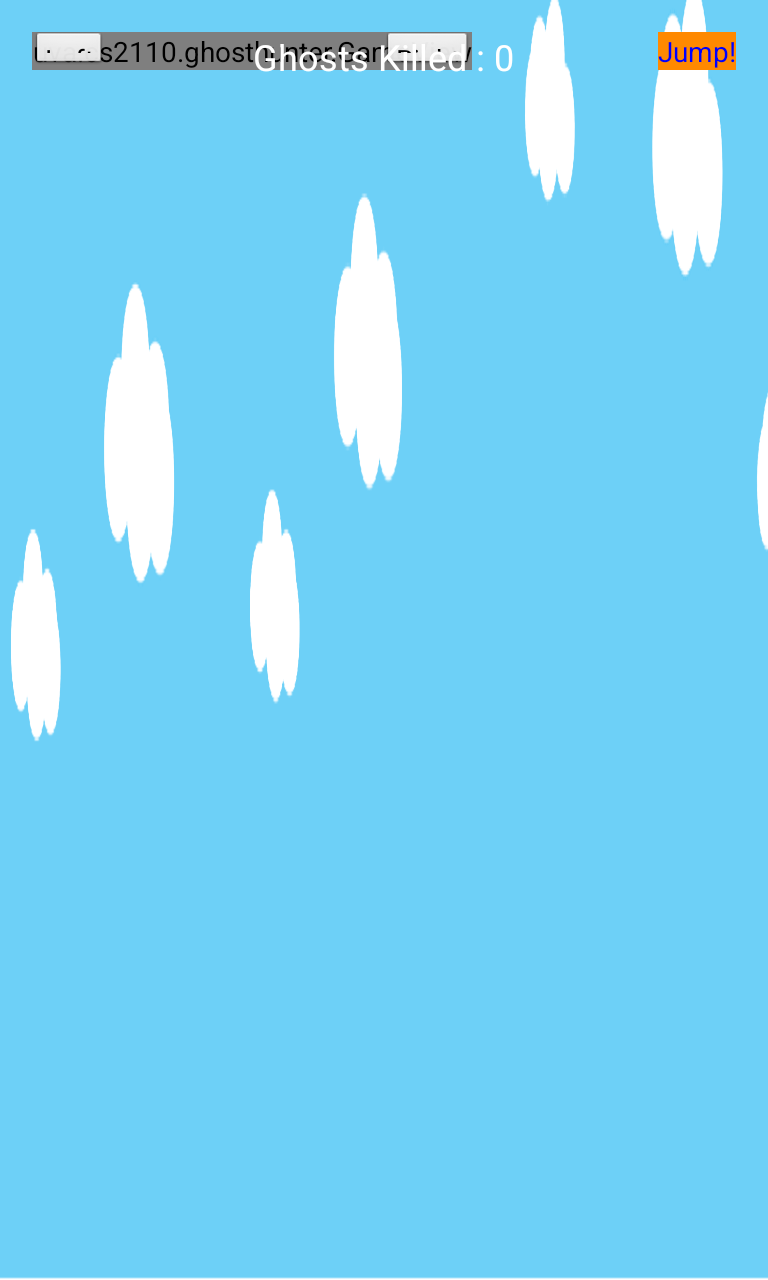
Repository: Daniel-Hoerauf/Ghost-Hunter
Layout: GhostHunter/res/layout/game_main.xml
An editor plug-in stored every save of this project. The layout is shown before and after the next save, followed by the edit.
Pictures or frames that could not be fetched are drawn as grey boxes. It is drawn on a 768 x 1280 px phone screen (xhdpi) without system bars, with theme AppTheme; the app's code is not run.

Above is the layout before, as saved 2014-12-01 22:41:47.

### GhostHunter/res/layout/game_main.xml
<?xml version="1.0" encoding="utf-8"?>
<RelativeLayout xmlns:android="http://schemas.android.com/apk/res/android"
    android:layout_width="fill_parent"
    android:layout_height="fill_parent"
    android:background="@drawable/background2"
    android:paddingBottom="@dimen/activity_vertical_margin"
    android:paddingLeft="@dimen/activity_horizontal_margin"
    android:paddingRight="@dimen/activity_horizontal_margin"
    android:paddingTop="@dimen/activity_vertical_margin"
    android:theme="@android:style/Theme.Black.NoTitleBar" >

    <Button
        android:id="@+id/shootButton"
        android:layout_width="wrap_content"
        android:layout_height="wrap_content"
        android:layout_alignParentLeft="true"
        android:layout_marginBottom="32dp"
        android:background="#FF8900"
        android:text="@string/shoot_text"
        android:textColor="#0000FF" />

    <Button
        android:id="@+id/jumpButton"
        android:layout_width="wrap_content"
        android:layout_height="wrap_content"
        android:layout_alignParentRight="true"
        android:layout_marginBottom="22dp"
        android:background="#FF8900"
        android:text="@string/jump_text"
        android:textColor="#0000FF" />

    <uva.cs2110.ghosthunter.GameView
        android:id="@+id/gameView1"
        android:layout_width="wrap_content"
        android:layout_height="wrap_content" />

    <Button
        android:id="@+id/MovementRight"
        style="?android:attr/buttonStyleSmall"
        android:layout_width="wrap_content"
        android:layout_height="wrap_content"
        android:layout_alignBottom="@+id/gameView1"
        android:layout_alignRight="@+id/gameView1"
        android:text="Right" />

    <Button
        android:id="@+id/MovementLeft"
        style="?android:attr/buttonStyleSmall"
        android:layout_width="wrap_content"
        android:layout_height="wrap_content"
        android:layout_alignBottom="@+id/gameView1"
        android:layout_alignLeft="@+id/gameView1"
        android:text="Left" />

    <TextView
        android:id="@+id/Scoreboard"
        android:layout_width="wrap_content"
        android:layout_height="wrap_content"
        android:layout_alignParentTop="true"
        android:layout_centerHorizontal="true"
        android:text="Ghosts Killed : 0"
        android:textAppearance="?android:attr/textAppearanceMedium" />

</RelativeLayout>

### GhostHunter/res/values/strings.xml
<?xml version="1.0" encoding="utf-8"?>
<resources>

    <string name="app_name">Ghost Hunter</string>
    <string name="hello_world">Hello world!</string>
    <string name="action_settings">Settings</string>
    <string name="splash_screen">Project Ghost Hunter\nDaniel Hoerauf\nJoe Gumprich\nMarwa Abdelaziz\n Jake Bailey\nCS 2110</string>
	<string name="options_text">Options</string>
	<string name="welcome_text">Welcome to Ghost Hunter!</string>
	<string name="play_text">Play</string>
	<string name="jump_text">Jump!</string>
	<string name="shoot_text">Shoot!</string>

</resources>

Loaded but not shown: GhostHunter/res/values/styles.xml (common file); GhostHunter/res/values-v11/styles.xml (common file); GhostHunter/res/values-v14/styles.xml (common file); GhostHunter/res/values/dimens.xml (common file); GhostHunter/res/values-w820dp/dimens.xml (common file)

After the next save:
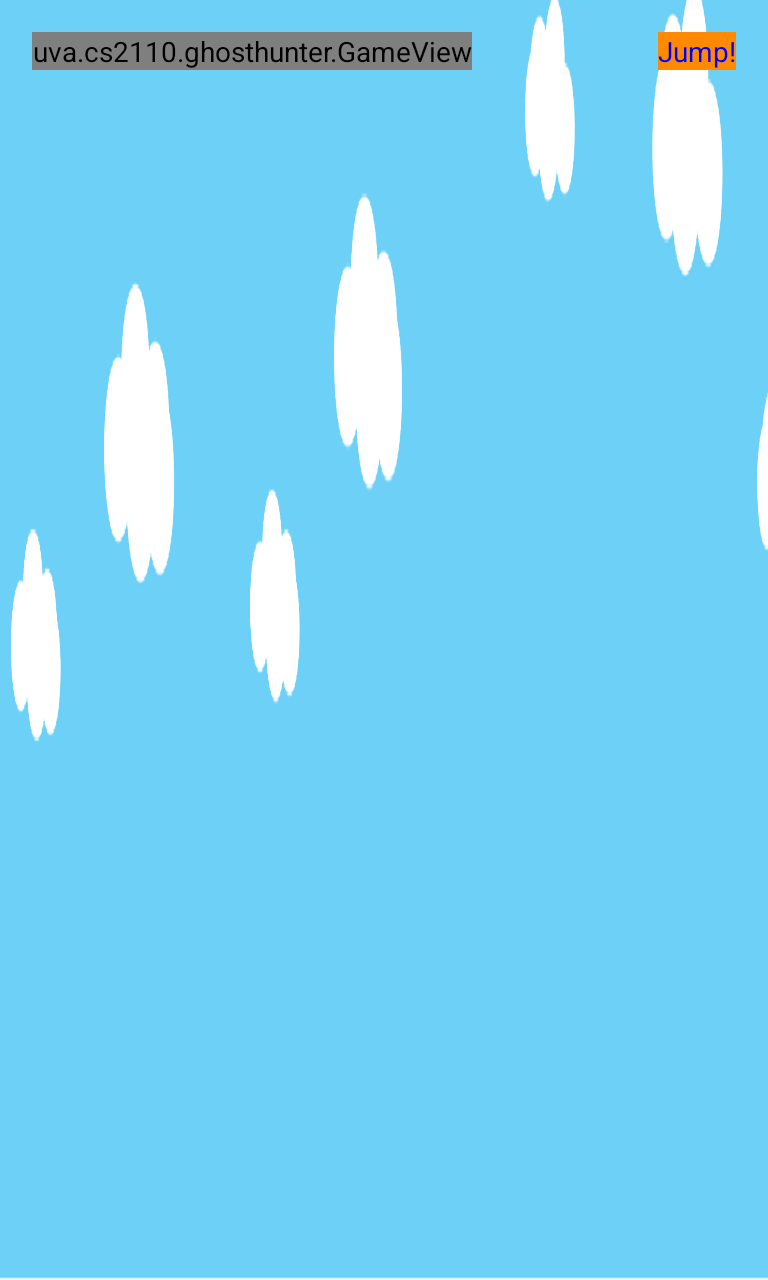
Saved 6 min 58 s later.
--- a/GhostHunter/res/layout/game_main.xml
+++ b/GhostHunter/res/layout/game_main.xml
@@ -32,33 +32,36 @@
     <uva.cs2110.ghosthunter.GameView
         android:id="@+id/gameView1"
         android:layout_width="wrap_content"
-        android:layout_height="wrap_content" />
+        android:layout_height="wrap_content" >
 
-    <Button
-        android:id="@+id/MovementRight"
-        style="?android:attr/buttonStyleSmall"
-        android:layout_width="wrap_content"
-        android:layout_height="wrap_content"
-        android:layout_alignBottom="@+id/gameView1"
-        android:layout_alignRight="@+id/gameView1"
-        android:text="Right" />
+        <TextView
+            android:id="@+id/Scoreboard"
+            android:layout_width="wrap_content"
+            android:layout_height="wrap_content"
+            android:layout_alignParentTop="true"
+            android:layout_centerHorizontal="true"
+            android:text="Ghosts Killed : 0"
+            android:textAppearance="?android:attr/textAppearanceMedium" />
+       />
 
-    <Button
-        android:id="@+id/MovementLeft"
-        style="?android:attr/buttonStyleSmall"
-        android:layout_width="wrap_content"
-        android:layout_height="wrap_content"
-        android:layout_alignBottom="@+id/gameView1"
-        android:layout_alignLeft="@+id/gameView1"
-        android:text="Left" />
 
-    <TextView
-        android:id="@+id/Scoreboard"
-        android:layout_width="wrap_content"
-        android:layout_height="wrap_content"
-        android:layout_alignParentTop="true"
-        android:layout_centerHorizontal="true"
-        android:text="Ghosts Killed : 0"
-        android:textAppearance="?android:attr/textAppearanceMedium" />
+        <Button
+            android:id="@+id/MovementRight"
+            style="?android:attr/buttonStyleSmall"
+            android:layout_width="wrap_content"
+            android:layout_height="wrap_content"
+            android:layout_alignBottom="@+id/gameView1"
+            android:layout_alignRight="@+id/gameView1"
+            android:text="Right" />
+
+        <Button
+            android:id="@+id/MovementLeft"
+            style="?android:attr/buttonStyleSmall"
+            android:layout_width="wrap_content"
+            android:layout_height="wrap_content"
+            android:layout_alignBottom="@+id/gameView1"
+            android:layout_alignLeft="@+id/gameView1"
+            android:text="Left" />
+    </uva.cs2110.ghosthunter.GameView>
 
 </RelativeLayout>
